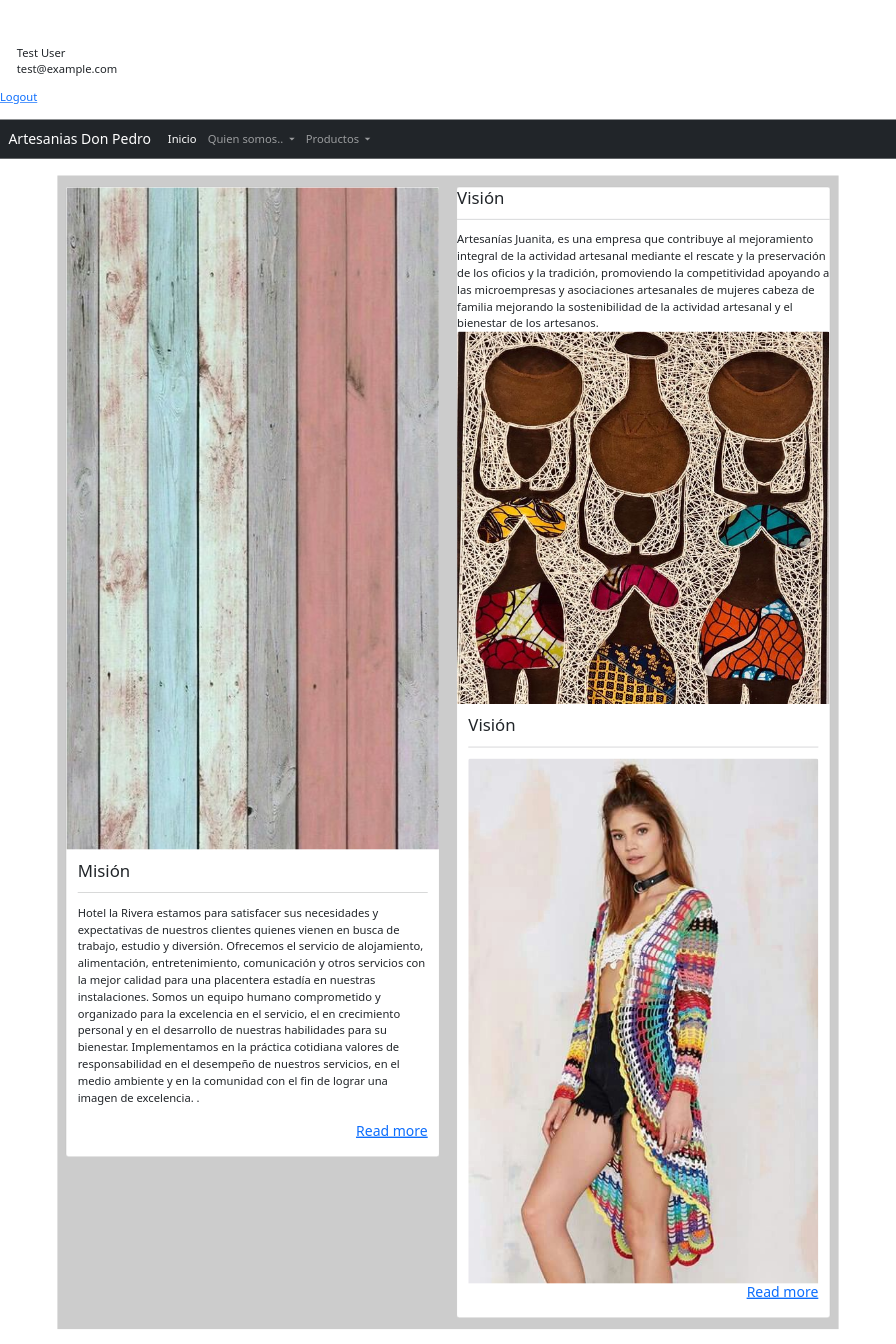
Repository: PG210/taller_artesania
Page: http://localhost/arte/mision
The author's editor kept a copy of each file at every save. The page is drawn from the files as they stood at one save, then again after the next save.
The browser window is 1280 px wide. The pictures show the part of the page from y = 2664 to 4584 px (the page is 4819 px tall), at 70% of full size.
Pictures or frames that could not be fetched are drawn as grey boxes. The page is served by the project's Laravel application, run on PHP 8.4 with Laravel 8. A made-up administrator, Test User (test@example.com), is signed in. Other server files are loaded and not shown.

Above is the page before, as saved 2021-01-14 15:18:34.

### routes/web.php
<?php

use Illuminate\Support\Facades\Route;
use App\Http\Controllers\Productos;

/*
|--------------------------------------------------------------------------
| Web Routes
|--------------------------------------------------------------------------
|
| Here is where you can register web routes for your application. These
| routes are loaded by the RouteServiceProvider within a group which
| contains the "web" middleware group. Now create something great!
|
*/

Route::get('/', function () {
    return view('welcome');
});
//ruta mision vision
Route::get('arte/vision', function () {
    return view('arte.vision');
});
//histortia
Route::get('arte/historia', function () {
    return view('arte.historia');
});
Route::get('arte/mision', function () {
    return view('arte.mision');
});

//ubicacion
Route::get('arte/ubicacion', function () {
    return view('arte.ubicacion');
});
//productos
Route::get('/productos', [Productos::class, 'index']);

Route::get('/dashboard', function () {
    return view('dashboard');
})->middleware(['auth'])->name('dashboard');

require __DIR__.'/auth.php';

### resources/views/arte/mision.blade.php

<body  style="background-color:#ccc background-repeat: no-repeat;   background-size: cover;">

    @extends('layouts.app')
@section('content')




<div class="container">

<div class="row">

    <!--tarjeta 1 mision hotel-->
  <div class="col-lg-6"  style="background-color:#ccc">

    <p><!-- Card Dark -->
        <div class="card">

          <!-- Card image -->
          <div class="view overlay">
            <img class="card-img-top" src="../img/3.jpg"
              alt="Card image cap">
            <a>
              <div class="mask rgba-white-slight"></div>
            </a>
          </div>

          <!-- Card content -->
          <div class="card-body elegant-color white-text rounded-bottom">

            <!-- Social shares button -->
            <a class="activator waves-effect mr-4"><i class="fas fa-share-alt white-text"></i></a>
            <!-- Title -->
            <h4 class="card-title">Misión</h4>
            <hr class="hr-light">
            <!-- Text -->
            <p class="card-text white-text mb-4">


                Hotel la Rivera estamos para satisfacer sus necesidades  y expectativas de nuestros clientes quienes vienen en busca de trabajo, estudio y diversión. Ofrecemos el servicio de alojamiento, alimentación, entretenimiento, comunicación y otros servicios con la mejor calidad para una placentera estadía en nuestras instalaciones.
                Somos un equipo humano comprometido y organizado para la excelencia en el servicio, el en crecimiento personal y en el desarrollo de nuestras habilidades para su bienestar.
                 Implementamos  en la práctica cotidiana valores de responsabilidad en el desempeño de nuestros  servicios, en el medio ambiente y en la comunidad con el fin de lograr una imagen de excelencia.
                 .</p>
            <!-- Link -->
            <a href="#!" class="white-text d-flex justify-content-end">
              <h5>Read more <i class="fas fa-angle-double-right"></i></h5>
            </a>

          </div>

        </div>
        <!-- Card Dark --></p>
  </div>



  <!--tarjeta dos vision-->
  <div class="col-lg-6"  style="background-color:#ccc">

    <p><!-- Card Dark -->
        <div class="card">

          <!-- Card image -->
          <div class="view overlay">
           <h4 class="card-title">Visión</h4>
            <hr class="hr-light">
          Artesanías Juanita, es una empresa que contribuye al mejoramiento integral de la actividad artesanal mediante el rescate y la preservación de los oficios y la tradición, promoviendo la competitividad apoyando a las microempresas y asociaciones artesanales de mujeres cabeza de familia mejorando la sostenibilidad de la actividad artesanal y el bienestar de los artesanos.
            <img class="card-img-top" src="../img/4.jpg"
              alt="Card image cap">
            <a>
              <div class="mask rgba-white-slight"></div>
            </a>
          </div>

          <!-- Card content -->
          <div class="card-body elegant-color white-text rounded-bottom">

            <!-- Social shares button -->
            <a class="activator waves-effect mr-4"><i class="fas fa-share-alt white-text"></i></a>
            <!-- Title -->
            <h4 class="card-title">Visión</h4>
            <hr class="hr-light">
            <!-- Text -->
            <img class="card-img-top" src="../img/9.jpg"
            <!-- Link -->
            <a href="#!" class="white-text d-flex justify-content-end">
              <h5>Read more <i class="fas fa-angle-double-right"></i></h5>
            </a>

          </div>

        </div>
        <!-- Card Dark --></p>
  </div>
</div>
</div>




</div>
@stop

</body>

### resources/views/layouts/app.blade.php
<!DOCTYPE html>
<html lang="{{ str_replace('_', '-', app()->getLocale()) }}">
    <head>
        <meta charset="utf-8">
        <meta name="viewport" content="width=device-width, initial-scale=1">
        <meta name="csrf-token" content="{{ csrf_token() }}">

        <title>{{ config('app.name', 'Laravel') }}</title>

        <!-- Fonts -->
        <link rel="stylesheet" href="https://fonts.googleapis.com/css2?family=Nunito:wght@400;600;700&display=swap">
        <link href="{{ url('/assets/bootstrap/css/bootstrap.min.css') }}" rel="stylesheet">
        <!-- Styles -->
        <link rel="stylesheet" href="{{ asset('css/app.css') }}">

        <!-- Scripts -->
        <script src="{{ asset('js/app.js') }}" defer></script>


    </head>

    <body class="font-sans antialiased">
        <div class="min-h-screen bg-gray-100">
            @include('layouts.navigation')

            <nav class="navbar navbar-expand-lg navbar navbar-dark bg-dark">
  <div class="container-fluid">
    <a class="navbar-brand" href="#">Artesanias Don Pedro</a>
    <button class="navbar-toggler" type="button" data-bs-toggle="collapse" data-bs-target="#navbarNavDropdown" aria-controls="navbarNavDropdown" aria-expanded="false" aria-label="Toggle navigation">
      <span class="navbar-toggler-icon"></span>
    </button>
    <div class="collapse navbar-collapse" id="navbarNavDropdown">
      <ul class="navbar-nav">
        <li class="nav-item">
          <a class="nav-link active" aria-current="page" href="#">Inicio</a>
        </li>


        <li class="nav-item dropdown">
          <a class="nav-link dropdown-toggle" href="#" id="navbarDropdownMenuLink" role="button" data-bs-toggle="dropdown" aria-expanded="false">
            Quien somos..
          </a>
          <ul class="dropdown-menu" aria-labelledby="navbarDropdownMenuLink">
            <li><a class="dropdown-item" href="{{url('/arte/mision')}}">Mision</a></li>
            <li><a class="dropdown-item" href="{{url('/arte/vision')}}">Vision</a></li>
            <li><a class="dropdown-item" href="{{url('/arte/ubicacion')}}">Ubicacion</a></li>
            <li><a class="dropdown-item" href="{{url('/arte/historia')}}">Historia</a></li>
          </ul>
        </li>

        <li class="nav-item dropdown">
          <a class="nav-link dropdown-toggle" href="#" id="navbarDropdownMenuLink" role="button" data-bs-toggle="dropdown" aria-expanded="false">
            Productos
          </a>
          <ul class="dropdown-menu" aria-labelledby="navbarDropdownMenuLink">
            <li><a class="dropdown-item" href="{{url('/productos')}}">Sombreros</a></li>
            <li><a class="dropdown-item" href="#">Mochilas</a></li>
            <li><a class="dropdown-item" href="#">Tejidos</a></li>
            <li><a class="dropdown-item" href="#">Visuterias</a></li>
            <li><a class="dropdown-item" href="#">Ofertas</a></li>
          </ul>
        </li>
      </ul>
    </div>
  </div>
</nav>
<br>
            <!-- Page Heading -->
            <div class="container">
           @yield('content')
           </div>
        </div>
<!--footer-->
<br>
        <footer class="bg-dark text-white text-center text-lg-start">
  <!-- Grid container -->
  <div class="container p-4">
    <!--Grid row-->
    <div class="row">
      <!--Grid column-->
      <div class="col-lg-6 col-md-12 mb-4 mb-md-0">
        <h5 class="text-uppercase">Ubicacion y Horario de Atencion</h5>

        <p>
        <bFooterr>
        Cll 4 No. 5 – 58<br>
        Barrio Las Aguas, Sandona, Nariño-Colombia
        Lunes a viernes 8:00 Am - 11:00 Pm
        </p>
      </div>
      <!--Grid column-->

      <!--Grid column-->
      <div class="col-lg-3 col-md-6 mb-4 mb-md-0">
        <h5 class="text-uppercase">Encuentranos en</h5>

        <ul class="list-unstyled mb-0">
          <li>
            <a href="#!" class="text-white">FACEBOOK</a>
          </li>
          <li>
            <a href="#!" class="text-white">INSTAGRAM</a>
          </li>
          <li>
            <a href="#!" class="text-white">TWITER</a>
          </li>
          <li>
            <a href="#!" class="text-white">PINTEREST</a>
          </li>
        </ul>
      </div>
      <!--Grid column-->

      <!--Grid column-->
      <div class="col-lg-3 col-md-6 mb-4 mb-md-0">
        <h5 class="text-uppercase mb-0">TELEFONOS</h5>

        <ul class="list-unstyled">
          <li>
            <a href="#!" class="text-white">+57 317 8916679</a>
          </li>
          <li>
            <a href="#!" class="text-white">+57 302 3553984</a>
          </li>
          <li>
            <a href="#!" class="text-white">+57 318 4409594</a>
          </li>

        </ul>
      </div>
      <!--Grid column-->
    </div>
    <!--Grid row-->
  </div>
  <!-- Grid container -->

  <!-- Copyright -->
  <div class="text-center p-3" style="background-color: rgba(0, 0, 0, 0.2)">
    © 2020 Copyright:
    <a class="text-white" href="https://mdbootstrap.com/">MDBootstrap.com</a>
  </div>
  <!-- Copyright -->
</footer>
<!--end footer-->



        <script src="https://code.jquery.com/jquery-3.5.1.slim.min.js" integrity="sha384-DfXdz2htPH0lsSSs5nCTpuj/zy4C+OGpamoFVy38MVBnE+IbbVYUew+OrCXaRkfj" crossorigin="anonymous"></script>
        <script src="https://cdn.jsdelivr.net/npm/popper.js@1.16.1/dist/umd/popper.min.js" integrity="sha384-9/reFTGAW83EW2RDu2S0VKaIzap3H66lZH81PoYlFhbGU+6BZp6G7niu735Sk7lN" crossorigin="anonymous"></script>
       <script type="text/javascript" src="{{ url('/assets/bootstrap/js/bootstrap.min.js') }}"></script>
    </body>
</html>

### resources/views/layouts/navigation.blade.php
<nav x-data="{ open: false }" class="bg-white border-b border-gray-100">
    <!-- Primary Navigation Menu -->
    <!--aqui cambiar-->
    <div class=" navbar-dark bg-indigo">
        <div class="flex justify-between h-16">
            <div class="flex">
                <!-- Logo -->
                <div class="flex-shrink-0 flex items-center">
                    <a href="{{ route('dashboard') }}">
                        <x-application-logo class="block h-10 w-auto fill-current text-gray-600" />
                    </a>
                </div>

                <!-- Navigation Links -->
                <div class="hidden space-x-8 sm:-my-px sm:ml-10 sm:flex">
                    <x-nav-link :href="route('dashboard')" :active="request()->routeIs('dashboard')">
                        {{ __('Bienvenidos! Tienda Virtual') }}
                    </x-nav-link>
                </div>
            </div>

            <!-- Settings Dropdown -->
            <div class="hidden sm:flex sm:items-center sm:ml-6">
                <x-dropdown align="right" width="48">
                    <x-slot name="trigger">
                        <button class="flex items-center text-sm font-medium text-gray-500 hover:text-gray-700 hover:border-gray-300 focus:outline-none focus:text-gray-700 focus:border-gray-300 transition duration-150 ease-in-out">
                            <div>{{ Auth::user()->name }}</div>

                            <div class="ml-1">
                                <svg class="fill-current h-4 w-4" xmlns="http://www.w3.org/2000/svg" viewBox="0 0 20 20">
                                    <path fill-rule="evenodd" d="M5.293 7.293a1 1 0 011.414 0L10 10.586l3.293-3.293a1 1 0 111.414 1.414l-4 4a1 1 0 01-1.414 0l-4-4a1 1 0 010-1.414z" clip-rule="evenodd" />
                                </svg>
                            </div>
                        </button>
                    </x-slot>

                    <x-slot name="content">
                        <!-- Authentication -->
                        <form method="POST" action="{{ route('logout') }}">
                            @csrf

                            <x-dropdown-link :href="route('logout')"
                                    onclick="event.preventDefault();
                                                this.closest('form').submit();">
                                {{ __('Logout') }}
                            </x-dropdown-link>
                        </form>
                    </x-slot>
                </x-dropdown>
            </div>

            <!-- Hamburger -->
            <div class="-mr-2 flex items-center sm:hidden">
                <button @click="open = ! open" class="inline-flex items-center justify-center p-2 rounded-md text-gray-400 hover:text-gray-500 hover:bg-gray-100 focus:outline-none focus:bg-gray-100 focus:text-gray-500 transition duration-150 ease-in-out">
                    <svg class="h-6 w-6" stroke="currentColor" fill="none" viewBox="0 0 24 24">
                        <path :class="{'hidden': open, 'inline-flex': ! open }" class="inline-flex" stroke-linecap="round" stroke-linejoin="round" stroke-width="2" d="M4 6h16M4 12h16M4 18h16" />
                        <path :class="{'hidden': ! open, 'inline-flex': open }" class="hidden" stroke-linecap="round" stroke-linejoin="round" stroke-width="2" d="M6 18L18 6M6 6l12 12" />
                    </svg>
                </button>
            </div>
        </div>
    </div>

    <!-- Responsive Navigation Menu -->
    <div :class="{'block': open, 'hidden': ! open}" class="hidden sm:hidden">
        <div class="pt-2 pb-3 space-y-1">
            <x-responsive-nav-link :href="route('dashboard')" :active="request()->routeIs('dashboard')">
                {{ __('Dashboard') }}
            </x-responsive-nav-link>
        </div>

        <!-- Responsive Settings Options -->
        <div class="pt-4 pb-1 border-t border-gray-200">
            <div class="flex items-center px-4">
                <div class="flex-shrink-0">
                    <svg class="h-10 w-10 fill-current text-gray-400" xmlns="http://www.w3.org/2000/svg" fill="none" viewBox="0 0 24 24" stroke="currentColor">
                        <path stroke-linecap="round" stroke-linejoin="round" stroke-width="2" d="M16 7a4 4 0 11-8 0 4 4 0 018 0zM12 14a7 7 0 00-7 7h14a7 7 0 00-7-7z" />
                    </svg>
                </div>

                <div class="ml-3">
                    <div class="font-medium text-base text-gray-800">{{ Auth::user()->name }}</div>
                    <div class="font-medium text-sm text-gray-500">{{ Auth::user()->email }}</div>
                </div>
            </div>

            <div class="mt-3 space-y-1">
                <!-- Authentication -->
                <form method="POST" action="{{ route('logout') }}">
                    @csrf

                    <x-responsive-nav-link :href="route('logout')"
                            onclick="event.preventDefault();
                                        this.closest('form').submit();">
                        {{ __('Logout') }}
                    </x-responsive-nav-link>
                </form>
            </div>
        </div>
    </div>
</nav>

Loaded but not shown: routes/auth.php (common file); app/Models/User.php (common file); resources/views/components/application-logo.blade.php (common file); resources/views/components/nav-link.blade.php (common file); resources/views/components/dropdown-link.blade.php (common file); resources/views/components/dropdown.blade.php (common file); resources/views/components/responsive-nav-link.blade.php (common file); public/assets/bootstrap/css/bootstrap.min.css (library); public/assets/bootstrap/js/bootstrap.min.js (library); public/js/app.js (library)

After the next save:
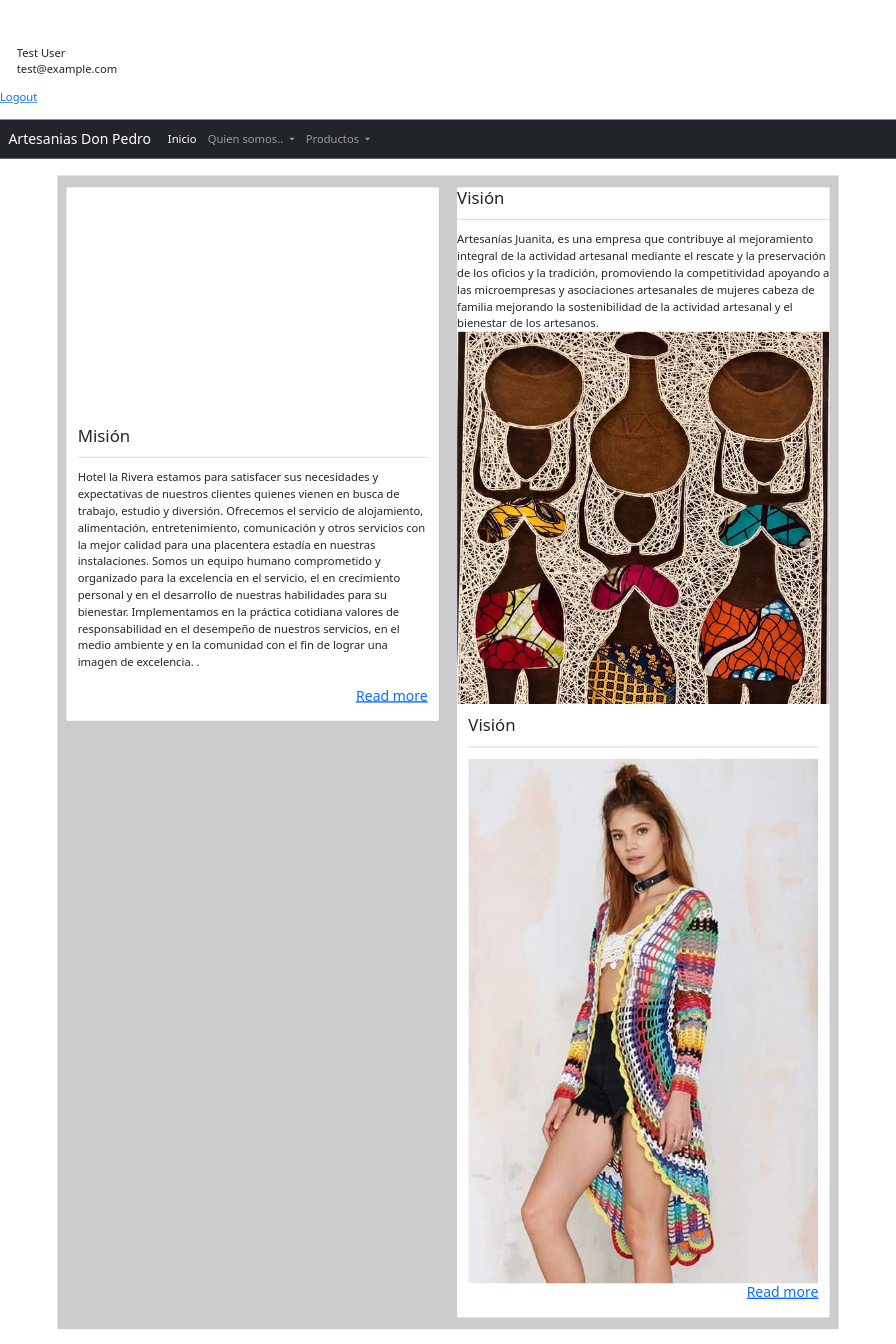
Saved 112 s later.
--- a/resources/views/arte/mision.blade.php
+++ b/resources/views/arte/mision.blade.php
@@ -1,30 +1,32 @@
+<body style="background-color:#ccc background-repeat: no-repeat;   background-size: cover;">
 
-<body  style="background-color:#ccc background-repeat: no-repeat;   background-size: cover;">
-
-    @extends('layouts.app')
-@section('content')
+    @extends('layouts.app') @section('content')
 
 
 
 
-<div class="container">
+    <div class="container">
 
-<div class="row">
+        <div class="row">
 
-    <!--tarjeta 1 mision hotel-->
-  <div class="col-lg-6"  style="background-color:#ccc">
+            <!--tarjeta 1 mision hotel-->
+            <div class="col-lg-6" style="background-color:#ccc">
 
-    <p><!-- Card Dark -->
-        <div class="card">
+                <p>
+                    <!-- Card Dark -->
+                    <div class="card">
 
-          <!-- Card image -->
-          <div class="view overlay">
-            <img class="card-img-top" src="../img/3.jpg"
-              alt="Card image cap">
-            <a>
-              <div class="mask rgba-white-slight"></div>
-            </a>
-          </div>
+                        <!-- Card image -->
+                        <div class="container">
+                            <br>
+                            <div class="view overlay ">
+                                <video loop="true " muted autoplay width="530 " height="300 ">
+                    <source src='{{url("/img/video.mp4")}}' type="video/mp4 " alt="Card image cap ">
+                <a>
+                    <div class="mask " style=" background-color: rgba(230, 179, 179, 0.5) "></div>
+                </a>
+            </div>
+            </div>
 
           <!-- Card content -->
           <div class="card-body elegant-color white-text rounded-bottom">
